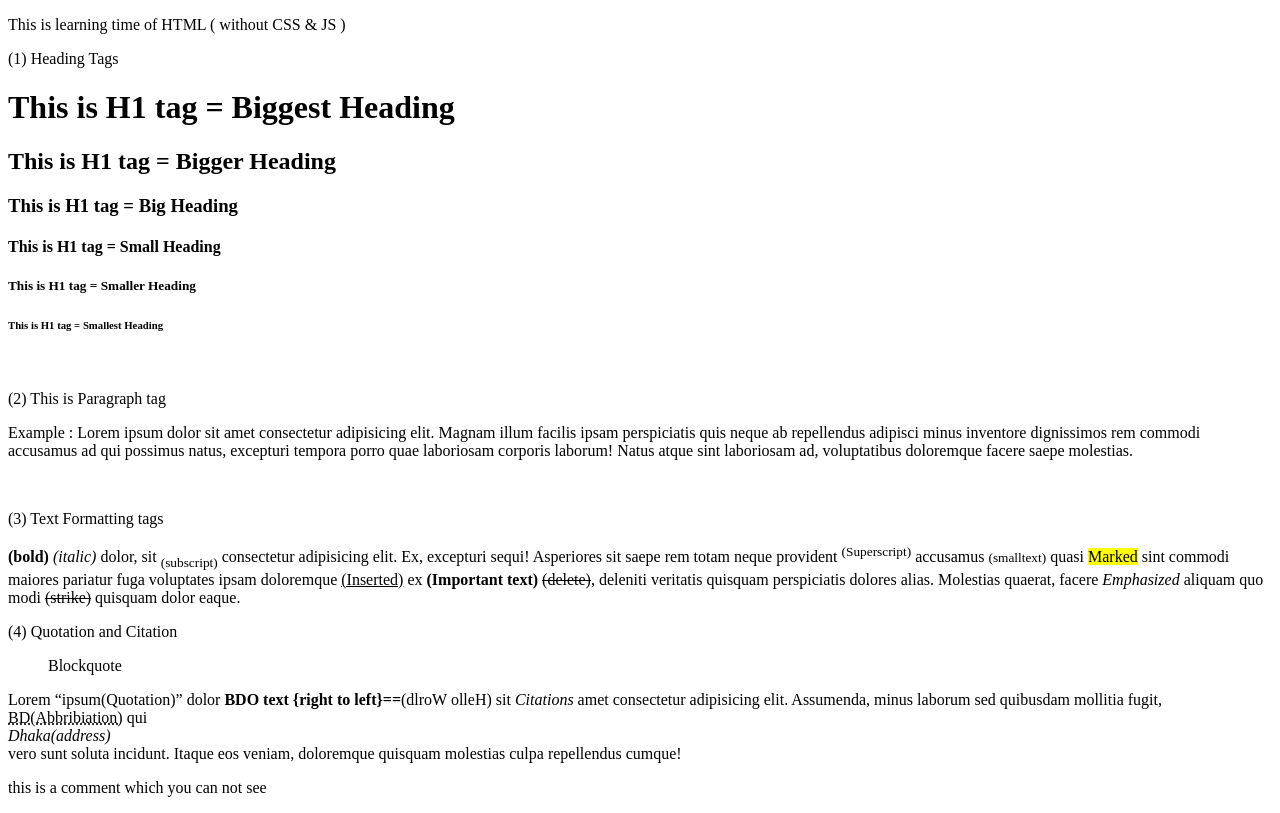
Repository: diptods/Frontend-in-60-DAYS
Page: Day01/learning/learn.html
An editor plug-in stored every save of this project. The page is shown before and after the next save, followed by the edit.
The browser window is 1280 px wide. The pictures show the whole page.

Above is the page before, as saved 2026-05-28 12:06:23.

### Day01/learning/learn.html
<!DOCTYPE html>
<html lang="en">

<head>
    <meta charset="UTF-8">
    <meta name="viewport" content="width=device-width, initial-scale=1.0">
    <title>Day 01 Of Frontend Learning</title>
</head>

<body>
    <p>This is learning time of HTML ( without CSS & JS )</p>
    <p>(1) Heading Tags</p>
    <h1>This is H1 tag = Biggest Heading</h1>
    <h2>This is H1 tag = Bigger Heading</h2>
    <h3>This is H1 tag = Big Heading</h3>
    <h4>This is H1 tag = Small Heading</h4>
    <h5>This is H1 tag = Smaller Heading</h5>
    <h6>This is H1 tag = Smallest Heading</h6>
    <br>
    <p>(2) This is Paragraph tag</p>
    <p>Example : Lorem ipsum dolor sit amet consectetur adipisicing elit. Magnam illum facilis ipsam perspiciatis quis
        neque ab repellendus adipisci minus inventore dignissimos rem commodi accusamus ad qui possimus natus, excepturi
        tempora porro quae laboriosam corporis laborum! Natus atque sint laboriosam ad, voluptatibus doloremque facere
        saepe molestias.</p>
    <br>
    <p>(3) Text Formatting tags</p>
    <p><b>(bold)</b> <i>(italic)</i> dolor, sit <sub>(subscript)</sub> consectetur adipisicing elit. Ex, excepturi
        sequi! Asperiores sit saepe rem totam
        neque provident <sup>(Superscript)</sup> accusamus <small>(smalltext)</small> quasi <mark>Marked</mark> sint
        commodi maiores pariatur fuga voluptates ipsam doloremque
        <ins>(Inserted)</ins> ex <strong>(Important text)</strong> <del>(delete)</del>, deleniti veritatis quisquam
        perspiciatis dolores alias. Molestias quaerat, facere
        <em>Emphasized</em> aliquam quo modi <strike>(strike)</strike> quisquam dolor eaque.
    </p>
    <p>(4) Quotation and Citation</p>
    <p><blockquote>Blockquote</blockquote> Lorem <q>ipsum(Quotation)</q> dolor <b>BDO text {right to left}==</b><bdo dir="rtl">(Hello World)</bdo> sit <cite>Citations</cite> amet consectetur adipisicing elit. Assumenda, minus laborum sed quibusdam mollitia fugit,
        <abbr title="Bangladesh">BD(Abbribiation)</abbr> qui <address>Dhaka(address)</address>vero sunt soluta incidunt. Itaque eos veniam, doloremque quisquam molestias culpa repellendus cumque!
    </p>
    <!-- Write your comments here -->
     <p><!-- Write your comments here --> this is a comment which you can not see</p>
</body>

</html>

After the next save:
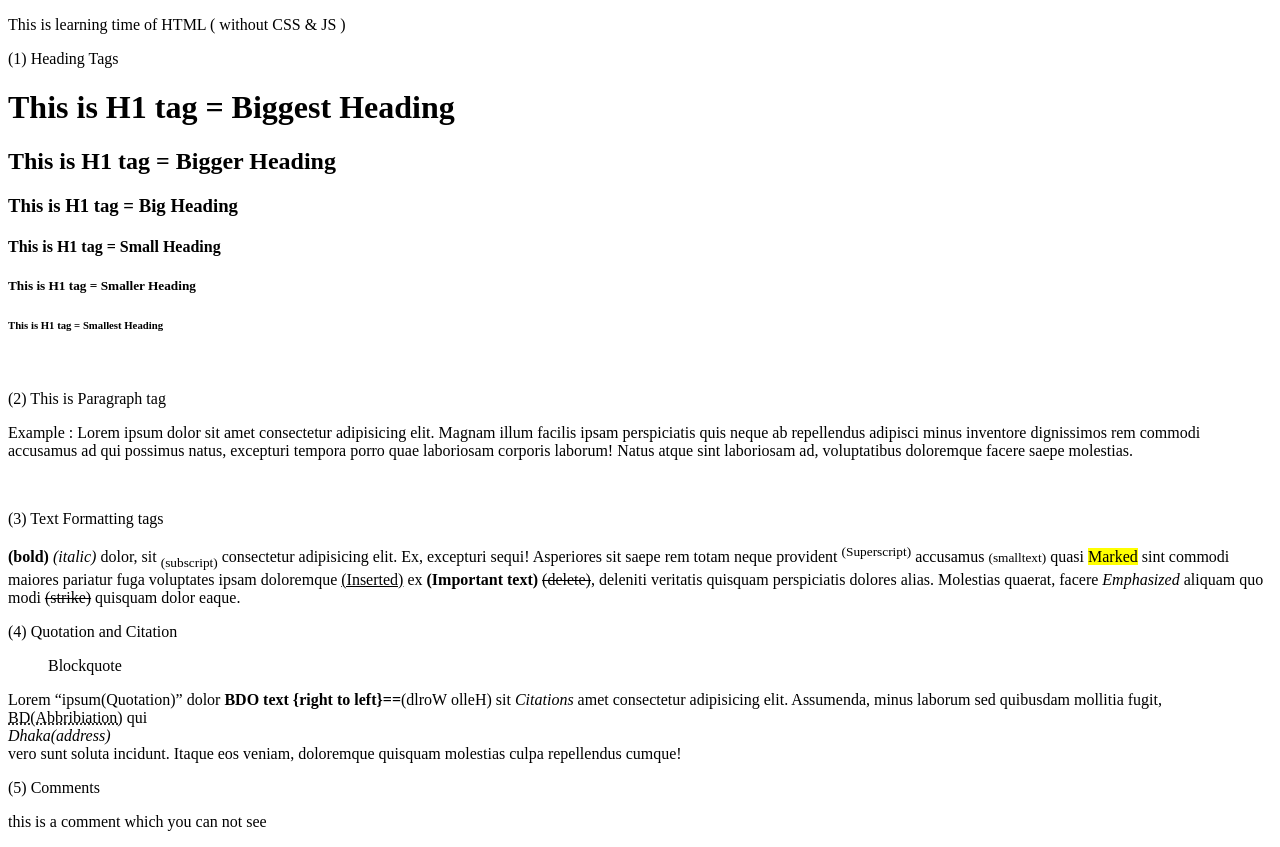
Saved 25 s later.
--- a/Day01/learning/learn.html
+++ b/Day01/learning/learn.html
@@ -36,6 +36,7 @@
     <p><blockquote>Blockquote</blockquote> Lorem <q>ipsum(Quotation)</q> dolor <b>BDO text {right to left}==</b><bdo dir="rtl">(Hello World)</bdo> sit <cite>Citations</cite> amet consectetur adipisicing elit. Assumenda, minus laborum sed quibusdam mollitia fugit,
         <abbr title="Bangladesh">BD(Abbribiation)</abbr> qui <address>Dhaka(address)</address>vero sunt soluta incidunt. Itaque eos veniam, doloremque quisquam molestias culpa repellendus cumque!
     </p>
+    <p>(5) Comments</p>
     <!-- Write your comments here -->
      <p><!-- Write your comments here --> this is a comment which you can not see</p>
 </body>
